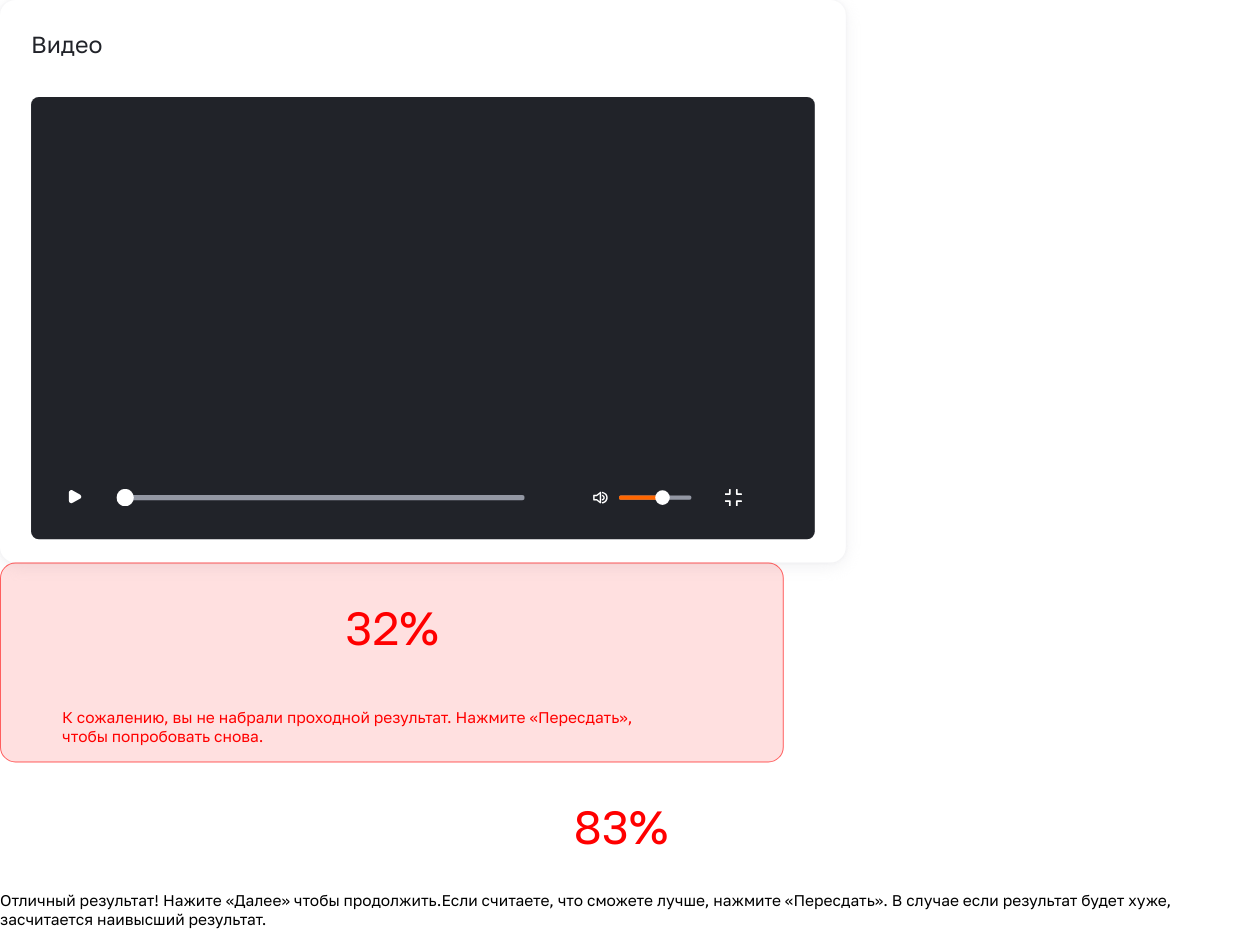
Repository: RuslanSR2424/Group5_LizaAlert
Page: index.html
An editor plug-in stored every save of this project. The page is shown before and after the next save, followed by the edit.
The browser window is 1280 px wide. The pictures show the whole page, at 97% of full size.

Above is the page before, as saved 2022-03-09 17:00:44.

After the next save:
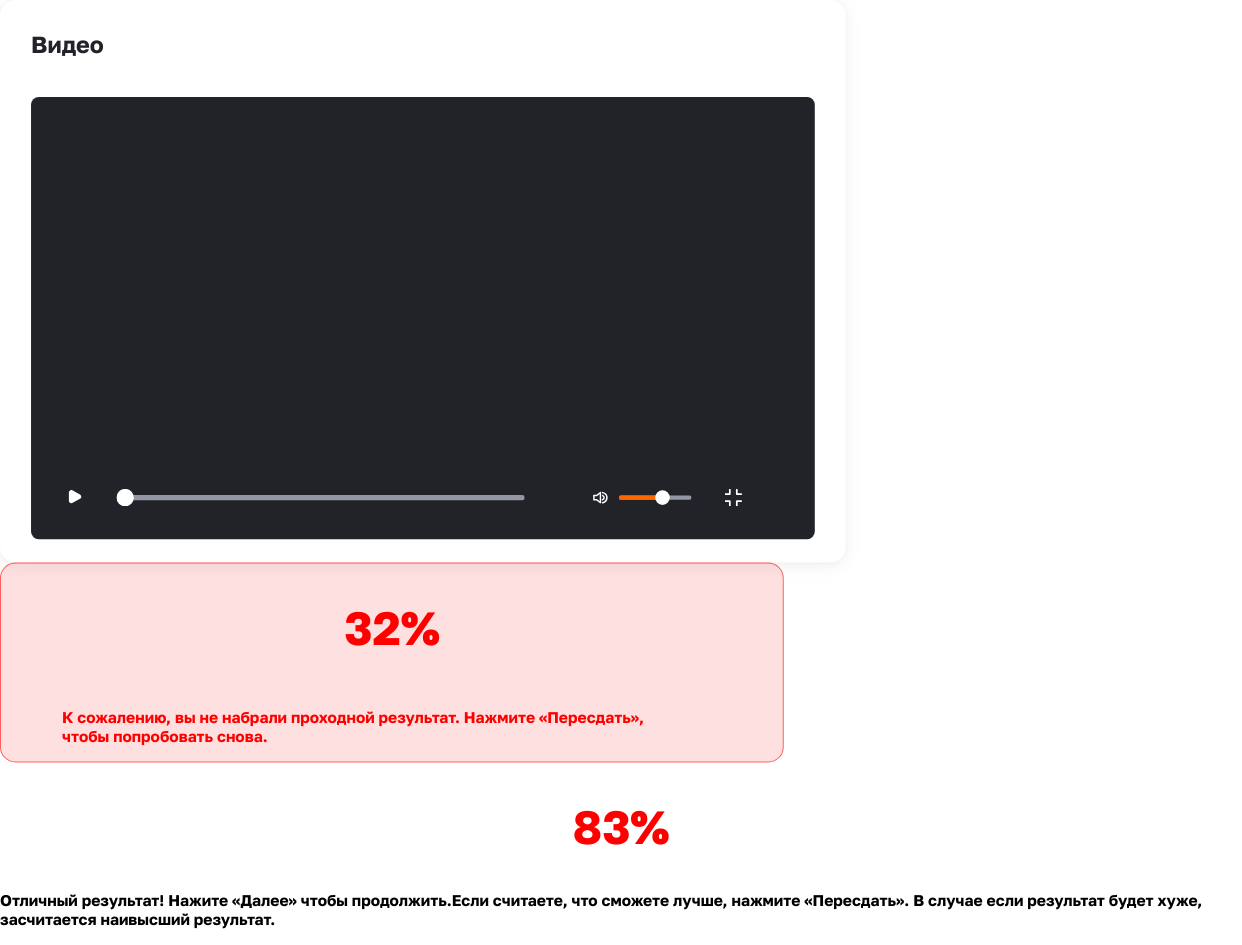
Saved 49 s later.
--- a/fonts/fonts.css
+++ b/fonts/fonts.css
@@ -1,9 +1,9 @@
 @font-face {
-  font-family: "Golos";
+  font-family: "GolosTextWebRegular";
+  src: url("Golos-Text_Regular.woff2") format("woff2"),
+    url("Golos-Text_Regular.woff") format("woff");
+  font-weight: normal;
   font-style: normal;
-  font-weight: 700;
-  src: url(./Golos-Text_Regular.woff) format("woff"),
-    url(./Golos-Text_Regular.woff2) format("woff2");
 }
 @font-face {
   font-family: "Golos";
